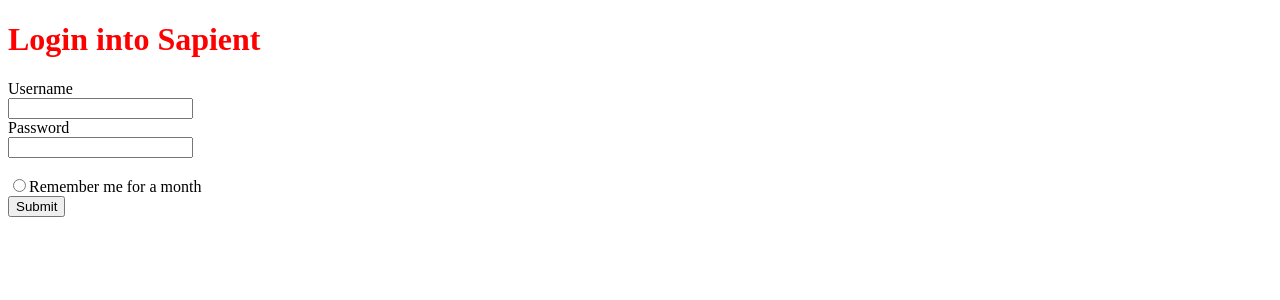
Repository: sauran/SapientTraining
Page: DemoProject/WebContent/Login.html
An editor plug-in stored every save of this project. The page is shown before and after the next save, followed by the edit.
The browser window is 1280 px wide. The pictures show the whole page.

Above is the page before, as saved 2015-09-15 09:01:36.

After the next save:
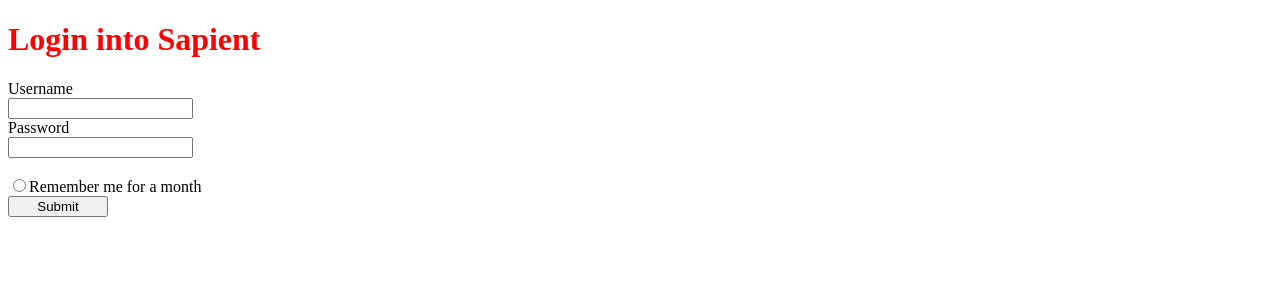
Saved 26 s later.
--- a/DemoProject/WebContent/Login.html
+++ b/DemoProject/WebContent/Login.html
@@ -15,7 +15,7 @@
 
 <input type  = "radio" >Remember me for a month
 <br>
-<input type = "submit" name = "Login">
+<input  style = "width: 100px"  type = "submit" name = "Login">
 
 
 
